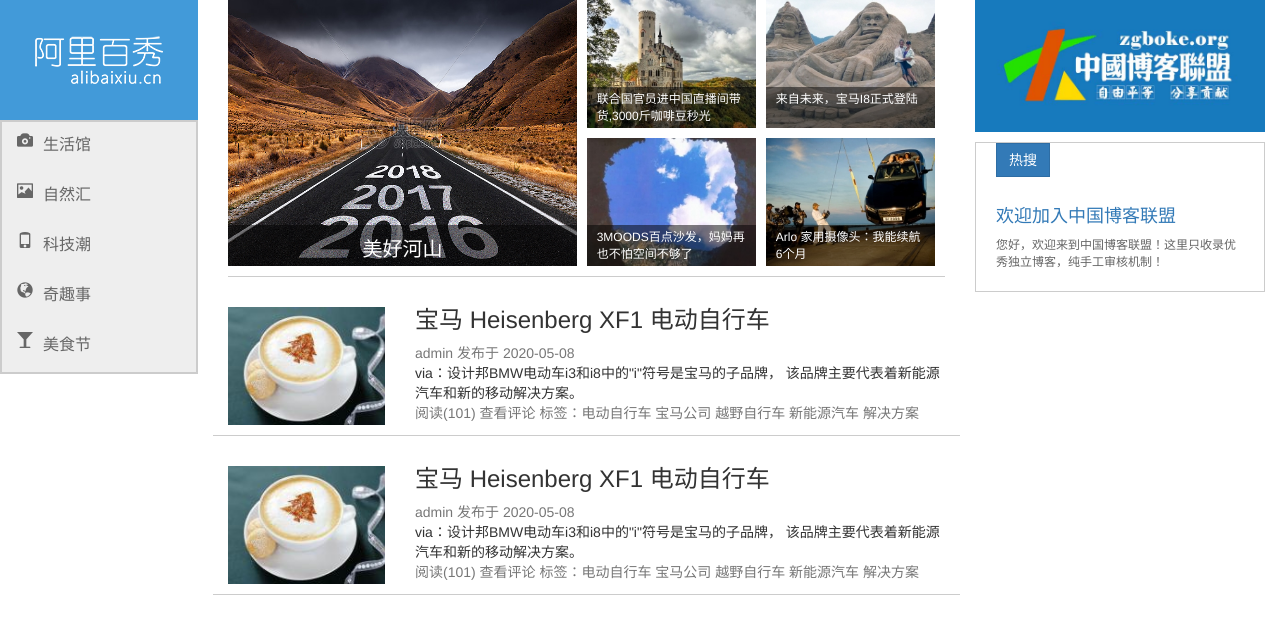
Repository: zhangwen001208/bootstrap-demo
Page: index.html
An editor plug-in stored every save of this project. The page is shown before and after the next save, followed by the edit.
The browser window is 1280 px wide. The pictures show the whole page.

Above is the page before, as saved 2022-09-08 17:57:11.

### index.html
<!DOCTYPE html>
<html lang="en">
<head>
    <meta charset="UTF-8">
    <meta http-equiv="X-UA-Compatible" content="IE=edge">
    <meta name="viewport" content="width=device-width, initial-scale=1.0">
    <link rel="stylesheet" href="./bootstrap/css/bootstrap.min.css">
    <link rel="stylesheet" href="./css/index.css">

    <title>Document</title>
</head>
<body>
    <div class="container">
        <div class="row">
            <header class="col-md-2">
                <div class="logo">
                    <img src="./images/logo.png" alt="" class="hidden-xs">
                </div>
                <div class="nav">
                    <ul class="nav flex-column">
                        <li class="nav-item">
                          <a class="nav-link active glyphicon glyphicon-camera" href="#">生活馆</a>
                        </li>
                        <li class="nav-item">
                          <a class="nav-link glyphicon glyphicon-picture" href="#">自然汇</a>
                        </li>
                        <li class="nav-item">
                          <a class="nav-link glyphicon glyphicon-phone" href="#">科技潮</a>
                        </li>
                        <li class="nav-item">
                          <a class="nav-link glyphicon glyphicon-globe ">奇趣事</a>
                        </li>
                        <li class="nav-item">
                            <a class="nav-link glyphicon glyphicon-glass">美食节</a>
                          </li>
                      </ul>
                </div>

            </header>
            <article class="col-md-7 ">
             <div>
                <ul class="item clearfix">
                    <li>
                        <a href="">
                        <img src="./images/news-1.jpg" alt="">
                        <p>美好河山</p>
                        </a>
                   </li>
                    <li><a href="">
                        <img src="./images/news-2.jpg" alt="">
                        <p>联合国官员进中国直播间带货,3000斤咖啡豆秒光</p>
                    </a></li>
                    <li><a href="">
                        <img src="./images/news-3.jpg" alt="">
                        <p>来自未来，宝马I8正式登陆</p>
                    </a></li>
                    <li><a href="">
                        <img src="./images/news-4.jpg" alt="">
                        <p>3MOODS百点沙发，妈妈再也不怕空间不够了</p>
                    </a></li>
                    <li><a href="">
                        <img src="./images/news-5.jpg" alt="">
                        <p>Arlo 家用摄像头：我能续航6个月</p>
                    </a></li>
                  </ul>
             </div>
              <div class="page">
                <div class="row">
                    <div class="col-sm-3 pic">
                        <img src="./images/news-6.jpg" alt="">
                    </div>
                    <div class="col-sm-9 ">
                        <h3>宝马 Heisenberg XF1 电动自行车</h3>
                        <p class="text-muted">admin 发布于 2020-05-08</p>
                        <p>via：设计邦BMW电动车i3和i8中的"i"符号是宝马的子品牌， 该品牌主要代表着新能源汽车和新的移动解决方案。</p>
                        <p class="text-muted">阅读(101) 查看评论 标签：电动自行车 宝马公司 越野自行车 新能源汽车 解决方案</p>
                    </div>
                </div>
                <div class="row">
                    <div class="col-sm-3 pic">
                        <img src="./images/news-6.jpg" alt="">
                    </div>
                    <div class="col-sm-9 ">
                        <h3>宝马 Heisenberg XF1 电动自行车</h3>
                        <p class="text-muted">admin 发布于 2020-05-08</p>
                        <p>via：设计邦BMW电动车i3和i8中的"i"符号是宝马的子品牌， 该品牌主要代表着新能源汽车和新的移动解决方案。</p>
                        <p class="text-muted">阅读(101) 查看评论 标签：电动自行车 宝马公司 越野自行车 新能源汽车 解决方案</p>
                    </div>
                </div>
              </div>

            </article>
            <aside class="col-md-3">
                <a href="#" class="banner">
                    <img src="./images/zgboke.jpg" alt="">
                </a>
                <a href="#" class="hot">
                    <span class="btn btn-primary">热搜</span>
                    <h4 class="text-primary">欢迎加入中国博客联盟</h4>
                    <p>您好，欢迎来到中国博客联盟！这里只收录优秀独立博客，纯手工审核机制！</p>
                </a>

            </aside>



        </div>
    </div>

</body>
</html>

### css/index.css

 @media screen and (min-width: 1280px) {
    .container {
        width: 1280px
    }

 }
 ul{
    padding: 0;
    margin: 0;
 }
 ul>li {
    list-style: none;
    text-decoration: none;

 }
 a {
    color: #666;
 }
 a:hover {
    text-decoration: none;
 }
 p{
    margin-bottom: 0;
 }






 header {
    padding-left: 0 !important;

 }
 .logo {
    background-color: #429ad9;


 }
 .logo img {
    display: block;
    /* width: 100%; */
    /* 让我们的图片不缩放 */
    max-width: 100%;
    margin: 0 auto;

 }
 .logo span {
    display: block;
    height: 50px;
    line-height: 50px;
    color: #fff;
    font-size: 18px;
    text-align: center;

 }
 /* 1.让我们的图片在超小屏幕下隐藏起来不显示 */
 .nav {
    border: 1px solid #ccc ;
    background-color: #eee;
 }

 .nav-item a {
    display: block;
    font-size: 16px;
    height: 50px;
 }
.nav-item a::before {
    vertical-align: middle;
    padding-right: 10px;
}
.nav-item:hover {
    background-color: #fff !important;
}

article {
    padding: 0;
}

.item li {

    float: left;
    width: 25%;
    height: 128px;
    padding-right: 10px;
    margin-bottom: 10px;

}
.item li a {
    position: relative;
    display: block;
    width: 100%;
    height: 100%;
}


.item li:nth-child(1) {
    width: 50%;
    height: 266px;
    padding-right: 10px;


}
.item li:nth-child(1) p {
    font-size: 20px;
    line-height: 41px;
    text-align: center;
}
.item li>a img {
    width: 100%;
    height: 100%;

}
.item li>a p {
    position: absolute;
    display: block;
    height: 41px;

    width: 100%;
    bottom: 0;
    left: 0;
    background: rgba(0, 0, 0, 0.5);
    font-size: 12px;
    padding: 4px 10px;
    color: #fff;

}
.page {
    display: block;
    height: 168px;

}
.page {
    border-top: 1px solid #ccc;
}

.page .row {
    border-bottom: 1px solid #ccc;
    padding: 10px 0;

}
.pic {
    margin-top: 20px;
}
.pic img {
    width: 100%;
}
.banner img {
    width: 100%;
    height: 100%;
}
.hot {
    display: block;
    border: 1px solid #ccc;
    padding: 0 20px 20px;
    margin-top: 10px;
}
.hot span {
    border-radius: 0;
    margin-bottom: 20px;
}
.hot p {
    font-size: 12px;
}

Loaded but not shown: bootstrap/css/bootstrap.min.css (library)

After the next save:
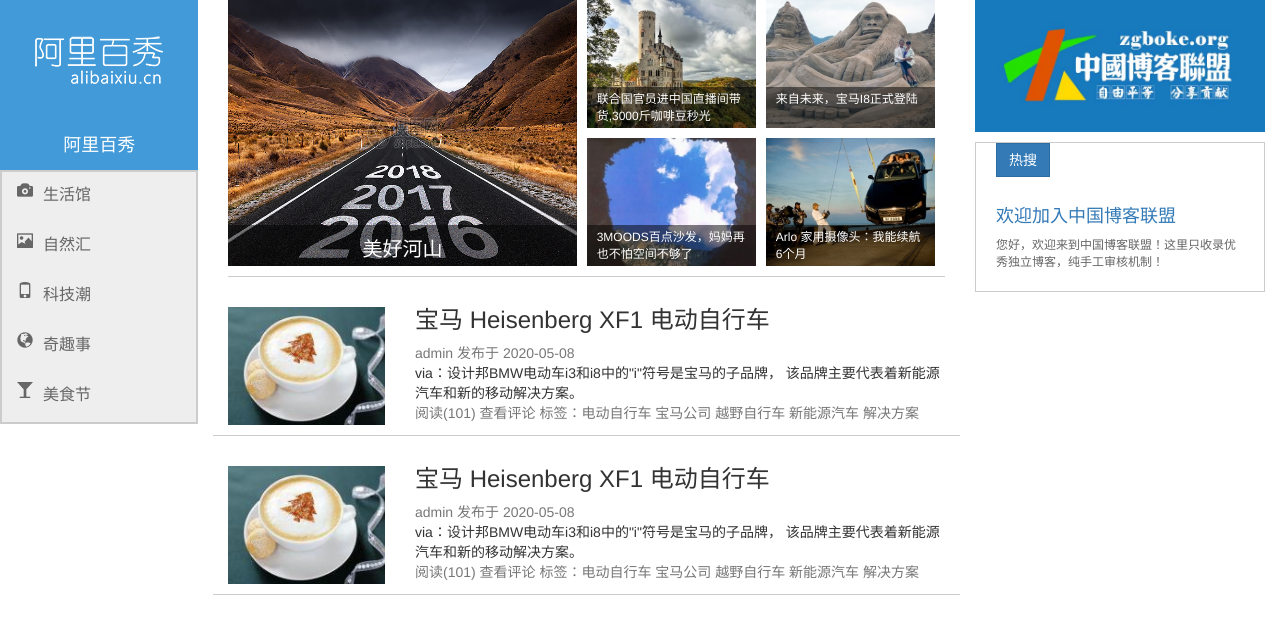
Saved 16 s later.
--- a/index.html
+++ b/index.html
@@ -15,6 +15,7 @@
             <header class="col-md-2">
                 <div class="logo">
                     <img src="./images/logo.png" alt="" class="hidden-xs">
+                    <span>阿里百秀</span>
                 </div>
                 <div class="nav">
                     <ul class="nav flex-column">

After the save that followed:
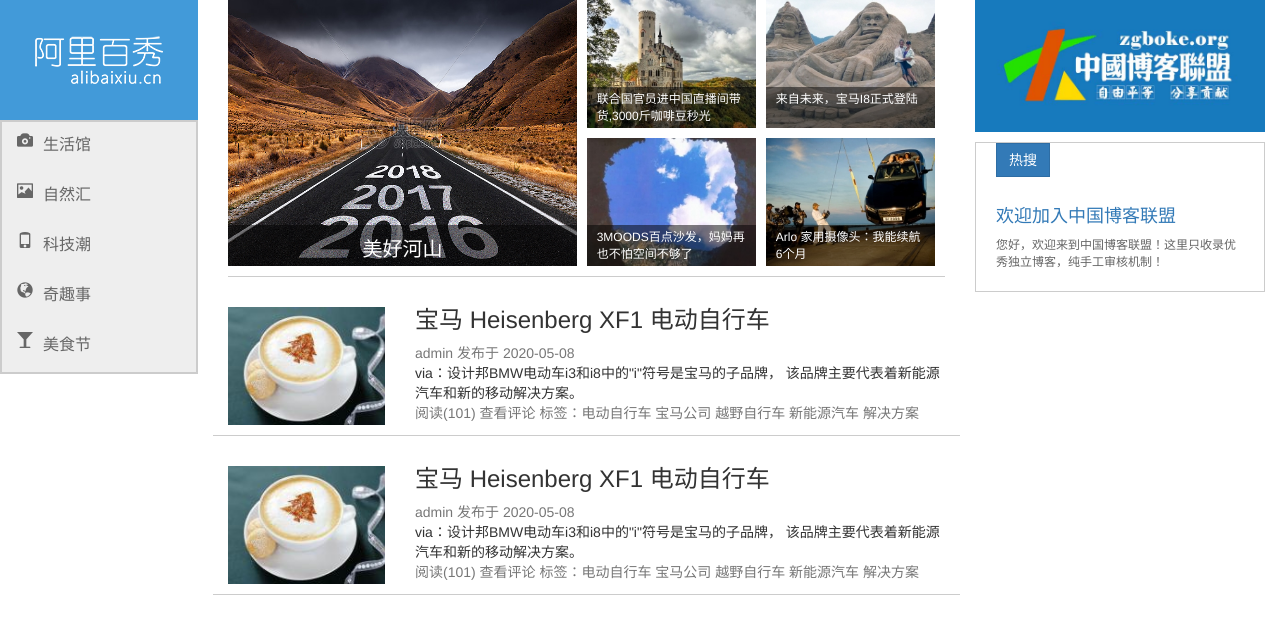
Saved 2 min 48 s later.
--- a/index.html
+++ b/index.html
@@ -15,7 +15,7 @@
             <header class="col-md-2">
                 <div class="logo">
                     <img src="./images/logo.png" alt="" class="hidden-xs">
-                    <span>阿里百秀</span>
+                    <span class="visible-xs">阿里百秀</span>
                 </div>
                 <div class="nav">
                     <ul class="nav flex-column">
